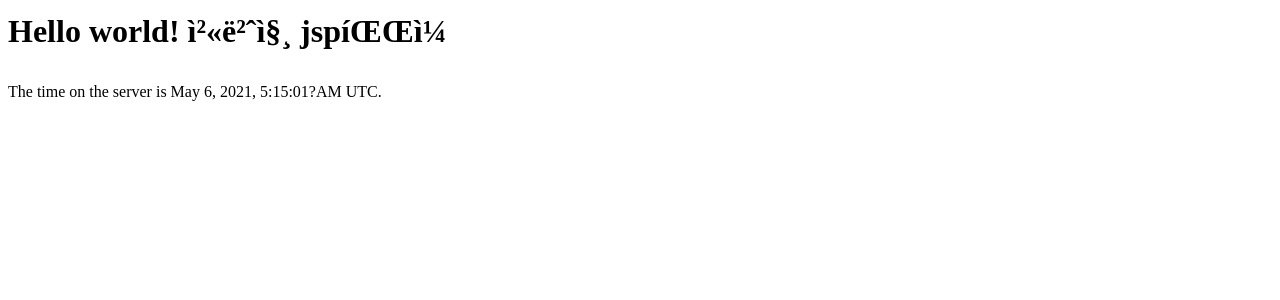
Repository: 753kg/KOSTA
Page: http://localhost/springMVCProject/
The author's editor kept a copy of each file at every save. The page is drawn from the files as they stood at one save, then again after the next save.
The browser window is 1280 px wide. The pictures show the whole page.
The page is served by Tomcat 9. Other server files are loaded and not shown. The template is opened directly, without the code that normally fills it, so the values that code supplies are empty.

Above is the page before, as saved 2021-05-07 06:13:35.

### springMVCProject/src/main/webapp/WEB-INF/views/home.jsp
<%@ taglib uri="http://java.sun.com/jsp/jstl/core" prefix="c" %>
<%@ page session="false" %>
<html>
<head>
	<title>Home</title>
</head>
<body>
<h1>
	Hello world! 첫번째 jsp파일
</h1>

<P>  The time on the server is ${serverTime}. </P>
</body>
</html>

After the next save:
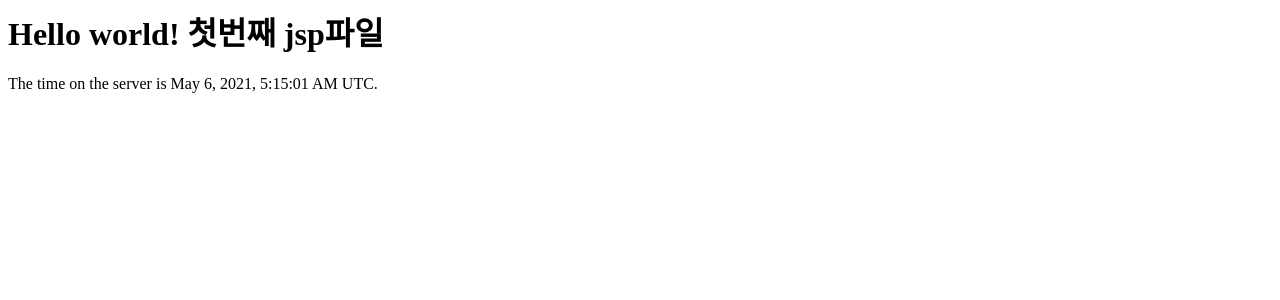
Saved 41 s later.
--- a/springMVCProject/src/main/webapp/WEB-INF/views/home.jsp
+++ b/springMVCProject/src/main/webapp/WEB-INF/views/home.jsp
@@ -1,5 +1,5 @@
 <%@ taglib uri="http://java.sun.com/jsp/jstl/core" prefix="c" %>
-<%@ page session="false" %>
+<%@ page session="false" pageEncoding="UTF-8" %>
 <html>
 <head>
 	<title>Home</title>
